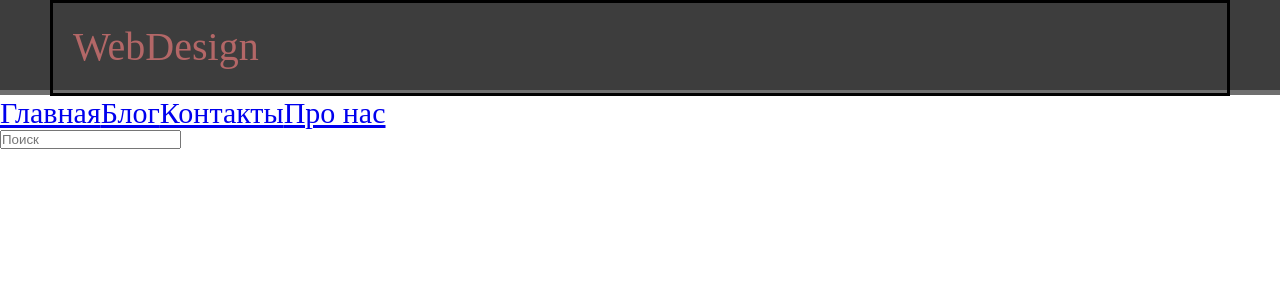
Repository: andbaik/Itprog
Page: index.htm
The author's editor kept a copy of each file at every save. The page is drawn from the files as they stood at one save, then again after the next save.
The browser window is 1280 px wide. The pictures show the whole page.

Above is the page before, as saved 2021-01-19 16:03:15.

### index.htm
<!DOCTYPE html>
<html lang="en">
<head>
    <meta charset="UTF-8">
    <meta name="viewport" content="width=device-width, initial-scale=1.0">
    <link rel="stylesheet" href="css/style.css">
    <title>Моя страница</title>
</head>
<body>
    <div class="header">
        <div class="logo">
            <a href="#">WebDesign</a>
        </div>
        <div class="nav">
                <ul>
                    <li><a href="#">Главная</a></li>
                    <li><a href="#">Блог</a></li>
                    <li><a href="#">Контакты</a></li>
                    <li><a href="#">Про нас</a></li>
                </ul>
        </div>
        <div class="search">
            <form action="" method="POST" id="search" name="search">
                <input type="text" placeholder="Поиск">
            </form>
        </div>
    </div>
</body>
</html>

### css/style.css
* {
    margin: 0;
    padding: 0;
}

.header {
    display:;
    vertical-align: center;
    width: 100%;
    height: 90px;
    background-color: #3D3D3D;
    border-bottom: 5px solid #6F6F6F;

}
.logo {
    height: 50px;
    weight: 150px;
    margin: 0px 50px;
    padding: 20px;
    border: 3px solid black;
    vertical-align: center;
}
.logo a{
    color: #B36767;
    text-decoration: none;
    text-align: center;
    font-size: 40px;


}

li{
    color: #fff;
    font-size: 30px;
    list-style-type: none;
    text-decoration: none;
}

.header ul {
    display: flex;
}

After the next save:
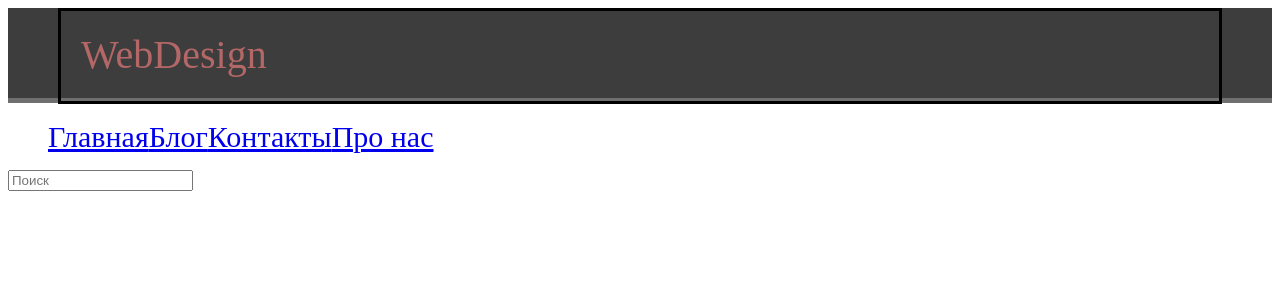
Saved 10 s later.
--- a/css/style.css
+++ b/css/style.css
@@ -1,4 +1,4 @@
-* {
+{
     margin: 0;
     padding: 0;
 }

After the save that followed:
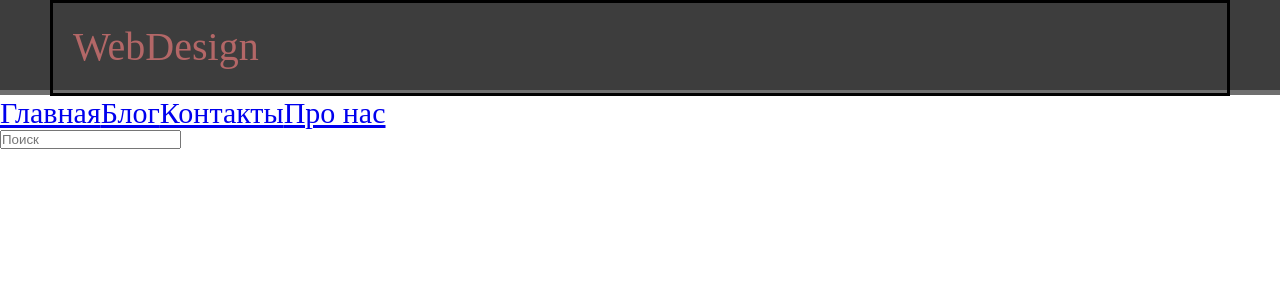
Saved 7 s later.
--- a/css/style.css
+++ b/css/style.css
@@ -1,4 +1,4 @@
-{
+* {
     margin: 0;
     padding: 0;
 }
